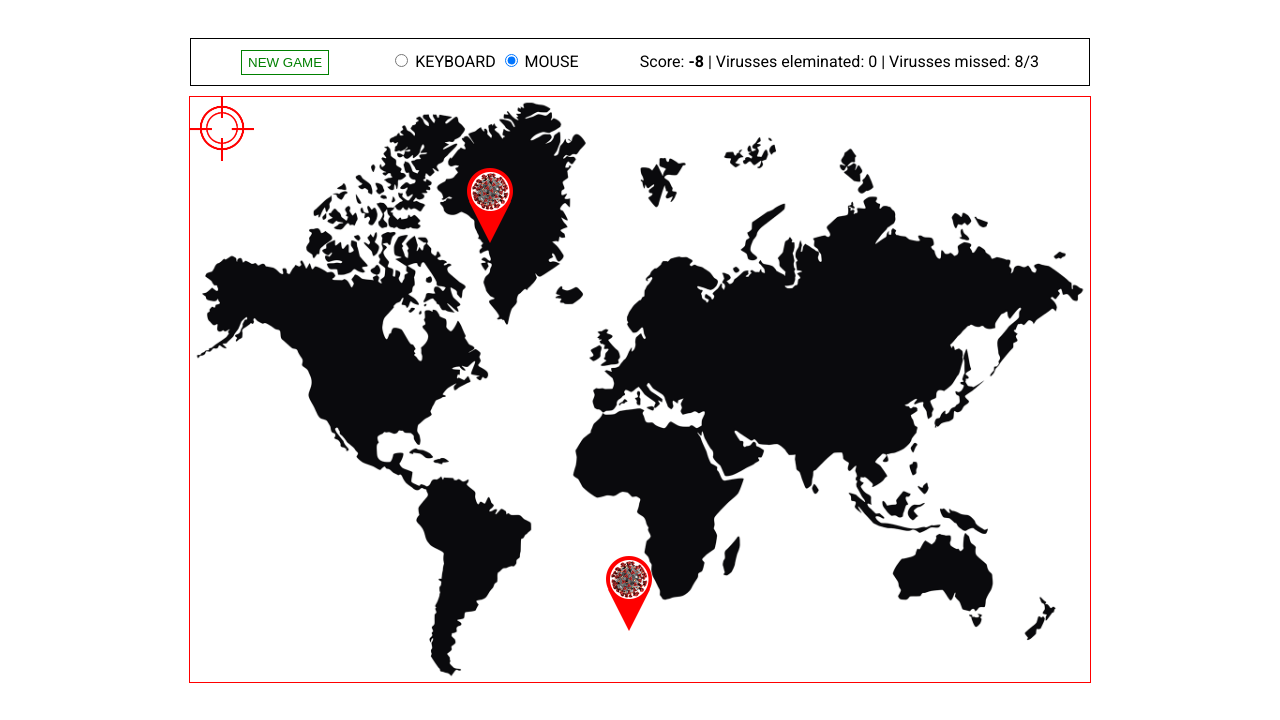
Repository: Baterka/DestroyTheVirus
Page: index.html
An editor plug-in stored every save of this project. The page is shown before and after the next save, followed by the edit.
The browser window is 1280 px wide. The pictures show the whole page.

Above is the page before, as saved 2020-03-20 01:26:33.

After the next save:
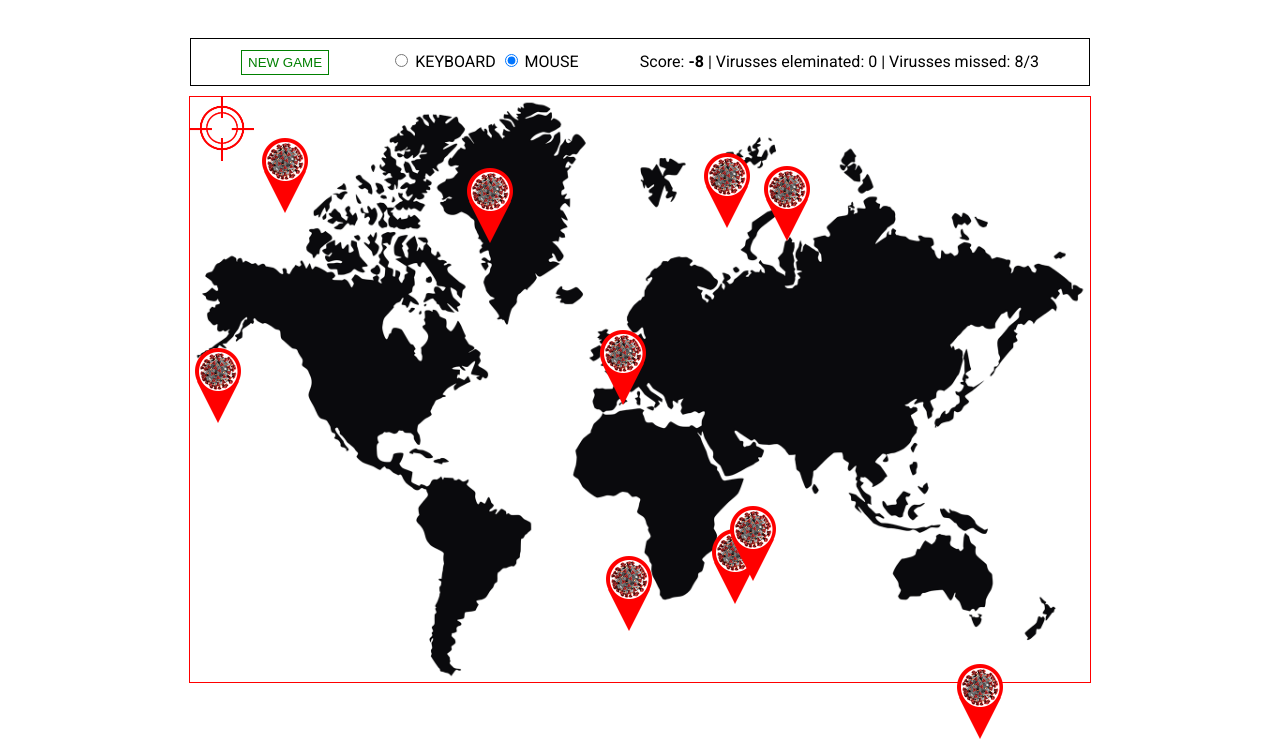
Console error: ReferenceError: _deadZoneElem is not defined
Saved 110 s later.
--- a/main.js
+++ b/main.js
@@ -348,7 +348,11 @@
 
     inceraseDeadZone(count = 10) {
         this._deadZonePixels += count;
-        this._deadZoneWidth = this._deadZonePixels % this._canvasRect.height;
+        const width = this._deadZonePixels % this._canvasRect.height;
+        _deadZoneElem.style.right = this._canvasRect.width - width;
+        if (width > 0)
+            _deadZoneElem.style.display = "block";
+
     }
 
     toggleGameOver(visible) {

After the save that followed:
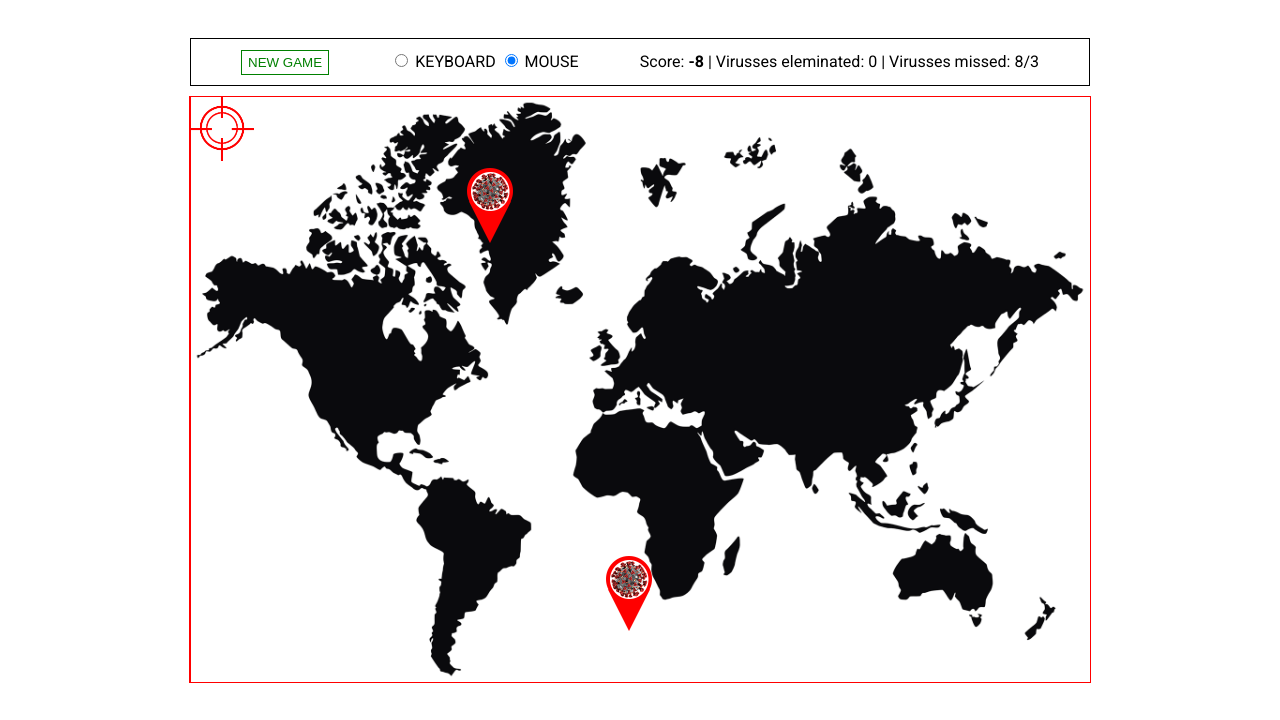
The error is gone.
Saved 10 s later.
--- a/main.js
+++ b/main.js
@@ -349,9 +349,9 @@
     inceraseDeadZone(count = 10) {
         this._deadZonePixels += count;
         const width = this._deadZonePixels % this._canvasRect.height;
-        _deadZoneElem.style.right = this._canvasRect.width - width;
+        this._deadZoneElem.style.right = this._canvasRect.width - width;
         if (width > 0)
-            _deadZoneElem.style.display = "block";
+            this._deadZoneElem.style.display = "block";
 
     }
 
